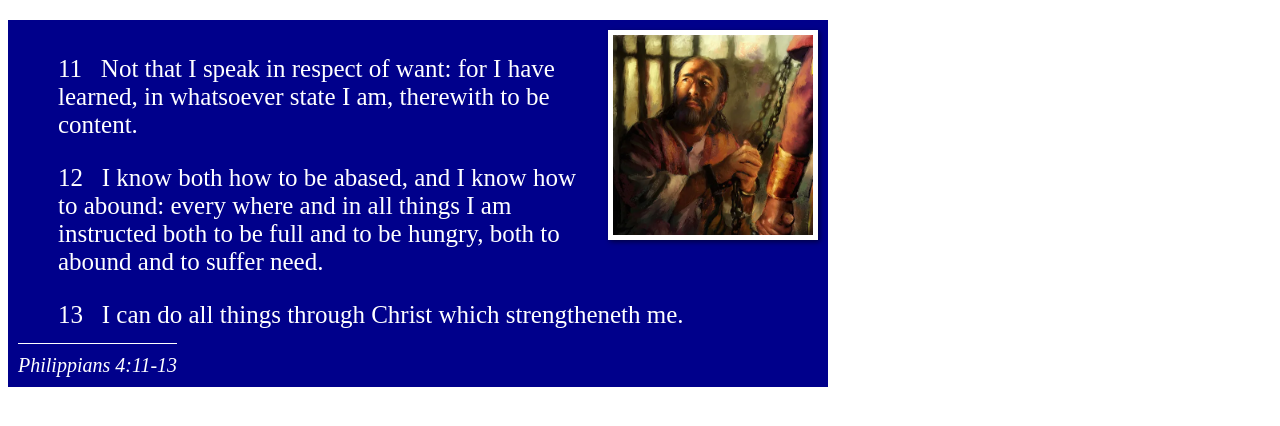
Repository: NoblesNigeria/wdd130
Page: week02/box-model.html
The author's editor kept a copy of each file at every save. The page is drawn from the files as they stood at one save, then again after the next save.
The browser window is 1280 px wide. The pictures show the whole page.

Above is the page before, as saved 2025-09-04 21:40:56.

After the next save:
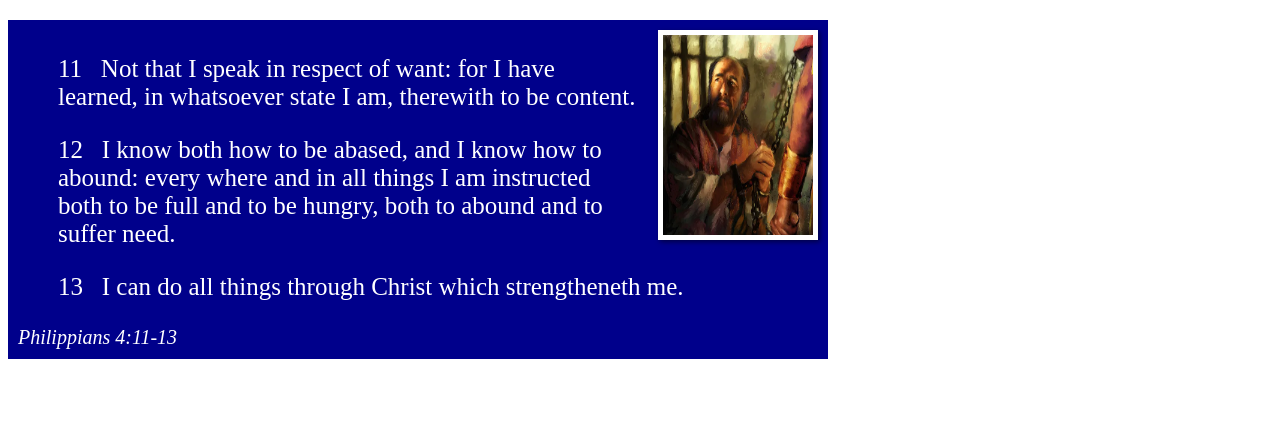
Saved 95 s later.
--- a/week02/styles/box-model.css
+++ b/week02/styles/box-model.css
@@ -11,7 +11,7 @@
 	display: relative;
     float: right;
     margin-left: 20px;
-    width: 200px;
+    width: 150px;
     border: 5px solid white;
     box-shadow: 2px 2px 5px rgba(0,0,0,0.5);
 }
@@ -23,7 +23,7 @@
 cite {
 	display: relative;
     font-size: 20px;
-    border-top: 1px solid white;
+    border-top: 1px block white;
     padding-top: 10px;
     text-align: right;
 }

After the save that followed:
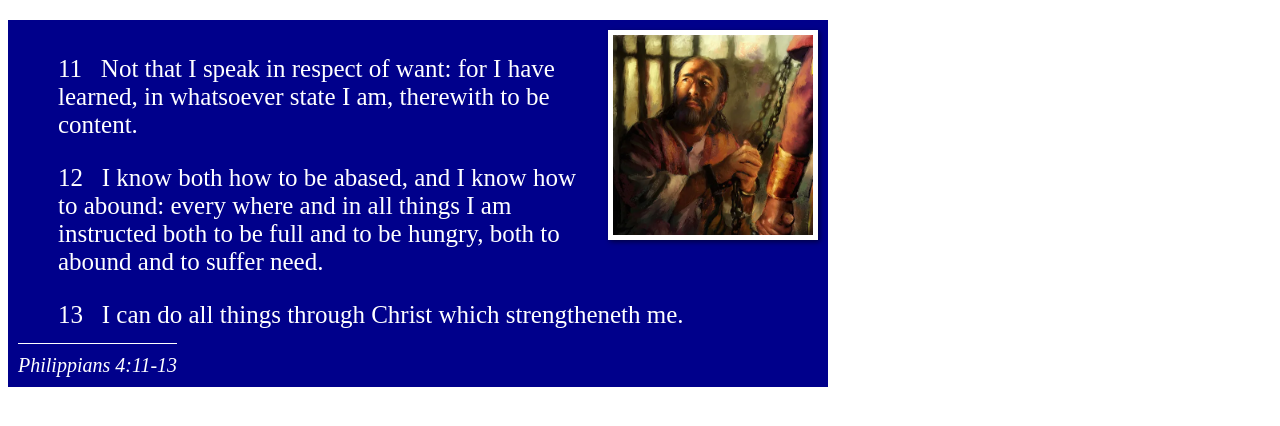
Saved 3 min 2 s later.
--- a/week02/styles/box-model.css
+++ b/week02/styles/box-model.css
@@ -11,7 +11,7 @@
 	display: relative;
     float: right;
     margin-left: 20px;
-    width: 150px;
+    width: 200px;
     border: 5px solid white;
     box-shadow: 2px 2px 5px rgba(0,0,0,0.5);
 }
@@ -23,7 +23,7 @@
 cite {
 	display: relative;
     font-size: 20px;
-    border-top: 1px block white;
+    border-top: 1px solid white;
     padding-top: 10px;
-    text-align: right;
+    text-align: center;
 }
